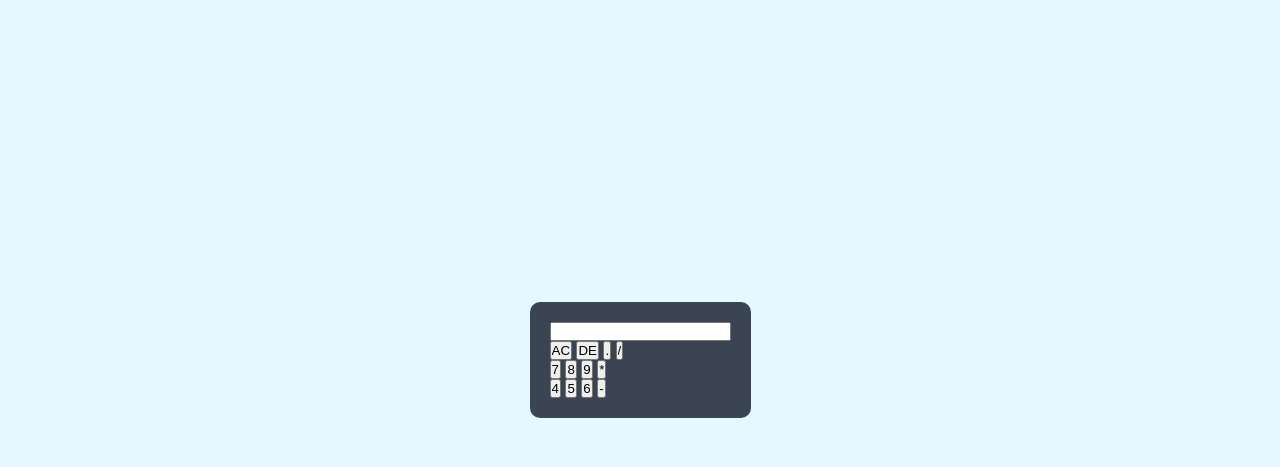
Repository: Anureet23/Calculator
Page: index.html
An editor plug-in stored every save of this project. The page is shown before and after the next save, followed by the edit.
The browser window is 1280 px wide. The pictures show the whole page.

Above is the page before, as saved 2023-02-07 22:47:23.

### index.html
<!DOCTYPE html>
<html>
    <head>
<meta name ="viewport" content="width=device-width,initial-scale=1.0">
<title>Calculator using JavaScript</title>
<link rel="stylesheet" href="style.css">
    </head>
    <body>
<div class="container">
<div class="calculator">
   <form>
       <div>
           <input type="text" name ="display">
       </div>
       <div>
           <input type="button" value="AC">
           <input type="button" value="DE">
           <input type="button" value=".">
           <input type="button" value="/">
       </div>
       <div>
        <input type="button" value="7">
        <input type="button" value="8">
        <input type="button" value="9">
        <input type="button" value="*">
    </div>
    <div>
        <input type="button" value="4">
        <input type="button" value="5">
        <input type="button" value="6">
        <input type="button" value="-">
    </div>
   </form>
</div>
</div>


    </body>
</html>

### style.css
*{
    margin:0;
    padding:0;
    font-family: 'Poppins',sans-serif;
    box-sizing: border-box;
}

.container{
    width: 100%;
    height:100vh;
    background: #e3f9ff;
    display:flex;
    align-items:center;
    justify-content: center;

}
.calculator{
    background:#3a4452;
    padding:20px;
    border-radius:10px;

}

After the next save:
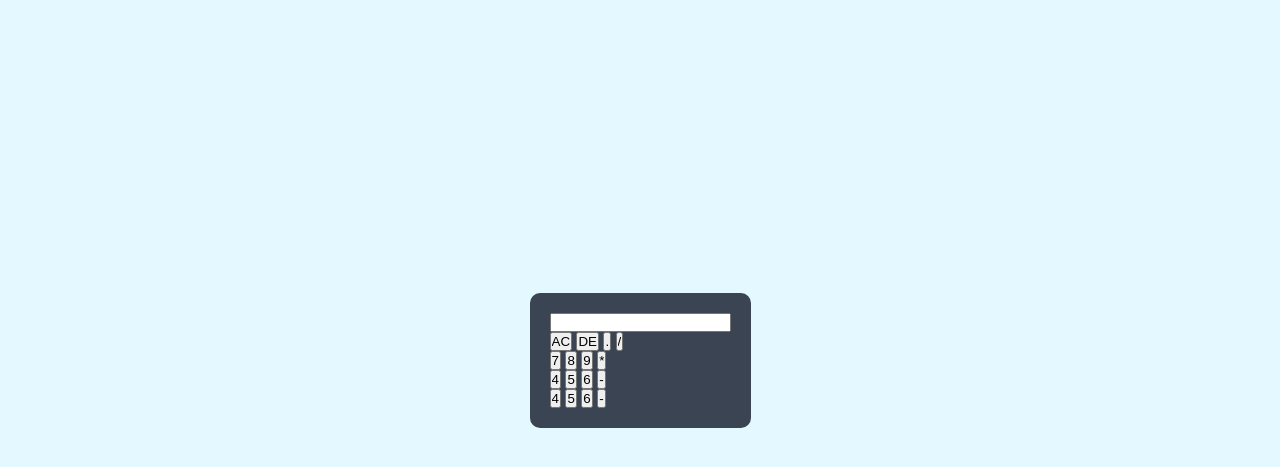
Saved 8 s later.
--- a/index.html
+++ b/index.html
@@ -30,6 +30,12 @@
         <input type="button" value="6">
         <input type="button" value="-">
     </div>
+    <div>
+        <input type="button" value="4">
+        <input type="button" value="5">
+        <input type="button" value="6">
+        <input type="button" value="-">
+    </div>
    </form>
 </div>
 </div>
